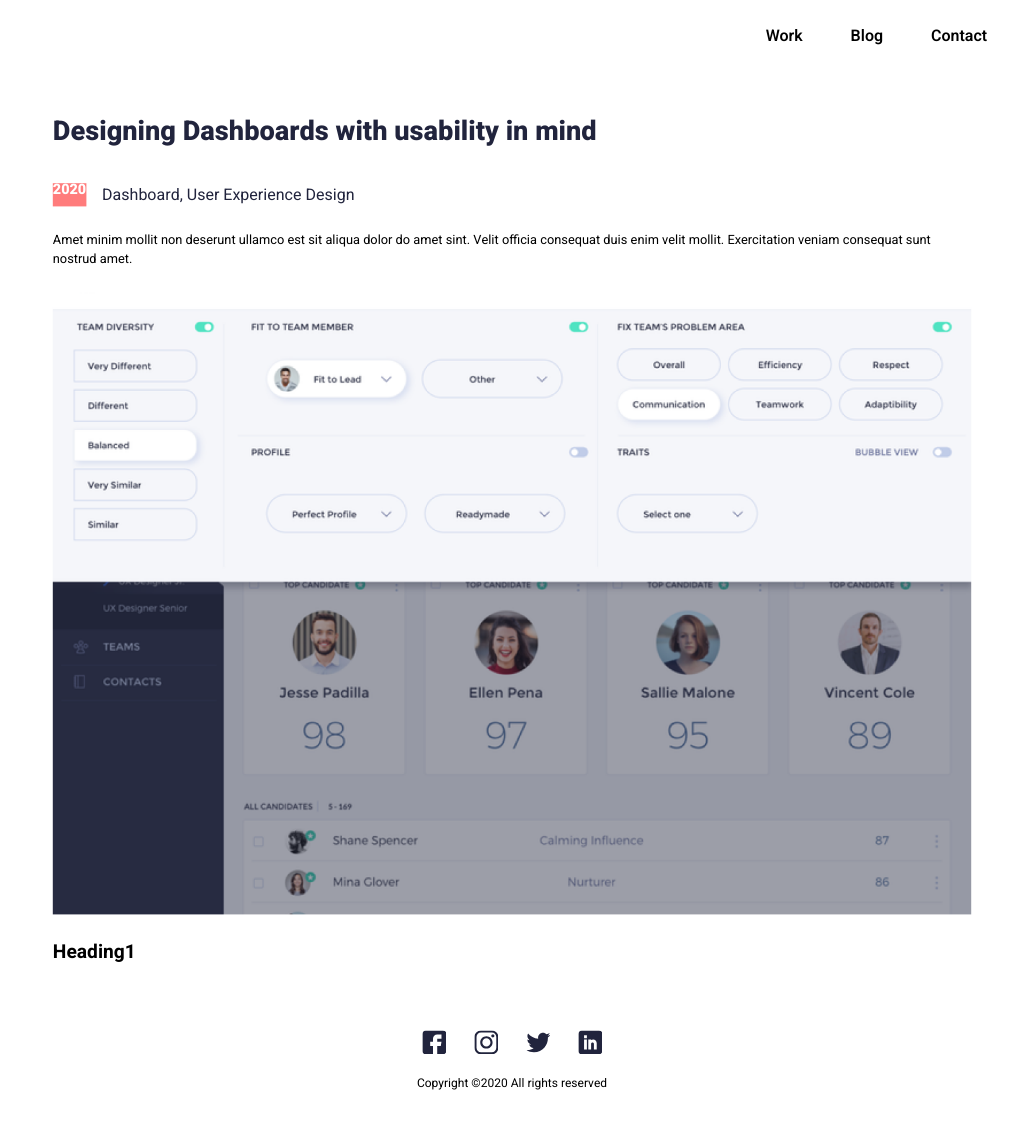
Repository: sharma171/portfolio
Page: /detailed
The author's editor kept a copy of each file at every save. The page is drawn from the files as they stood at one save, then again after the next save.
The browser window is 1280 px wide. The pictures show the whole page, at 80% of full size.
The project was rebuilt for these pictures with package versions that can differ from the ones it lists, and the page was loaded fresh each time. The framework's server and built-in components were replaced by stand-ins that run in the browser. Also part of the build but not shown: next.config.mjs.

Above is the page before, as saved 2024-06-02 17:57:21.

After the next save:
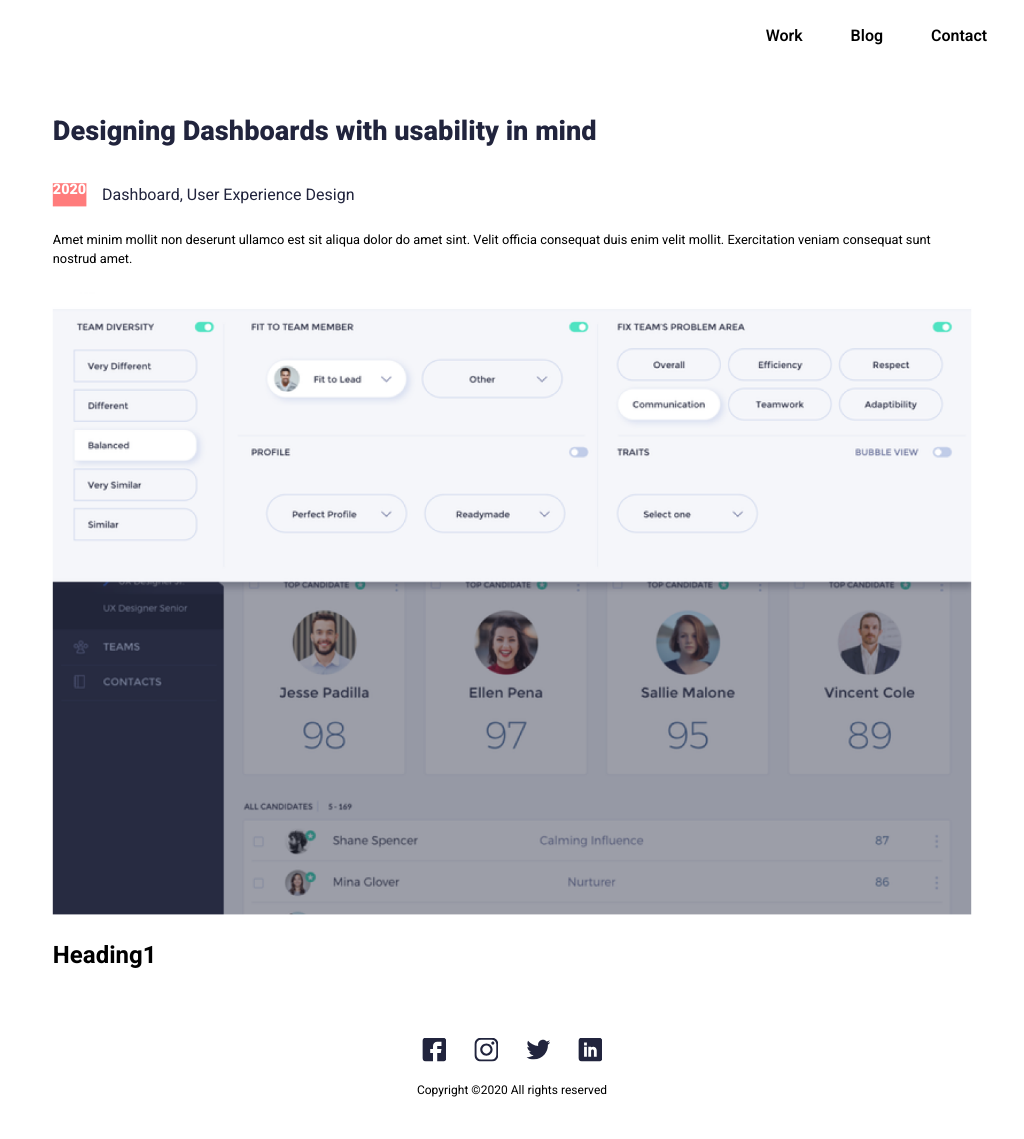
Saved 44 s later.
--- a/src/app/page.css
+++ b/src/app/page.css
@@ -359,5 +359,5 @@
   aspect-ratio: 680/460;
 }
 .detailed .detailed-inner h1 {
-
-}
+  font-size:30px;
+}
